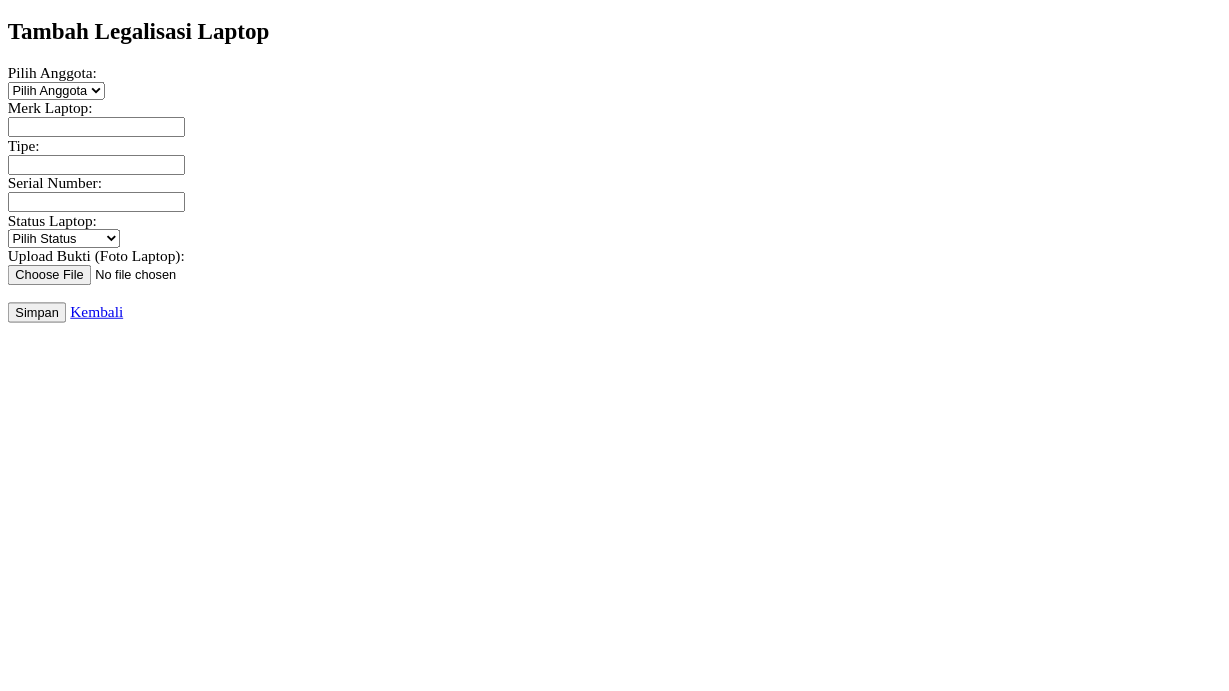
Repository: fatkquladhim/multimedia_app
Page: http://localhost/admin/legalisasi laptop/legalisasi_create.php
These files come from the project's save history. The page is drawn as it stood at one moment and after the next save; the edit follows.
The browser window is 1280 px wide. The pictures show the whole page, at 96% of full size.
Some web libraries are served in a nearby version. The page is run by PHP 8.4 with error messages shown; the project is at /var/www/html/. The session is filled in as if someone had signed in: {"user_id": 2, "username": "asep", "role": "admin"}. The database holds what the project's SQL file puts in it.

Above is the page before, as saved 2025-07-18 22:59:30.

After the next save:
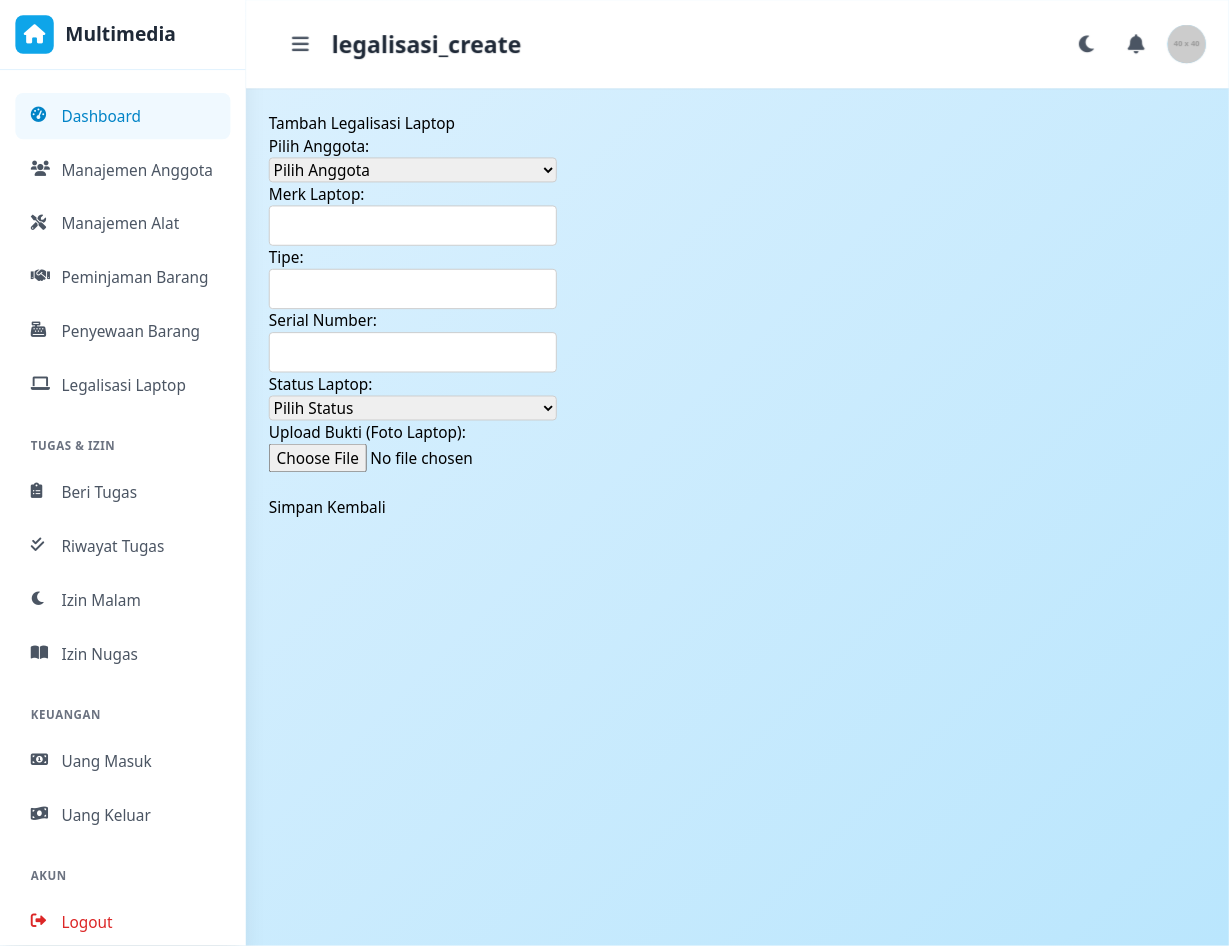
Saved 22 s later.
--- a/admin/legalisasi laptop/legalisasi_create.php
+++ b/admin/legalisasi laptop/legalisasi_create.php
@@ -10,14 +10,9 @@ $conn = new mysqli(DB_HOST, DB_USER, DB_PASS, DB_NAME);
 
 // Ambil daftar anggota untuk dropdown
 $anggota = $conn->query("SELECT id, nama FROM anggota ORDER BY nama");
+include '../header.php'; // Path relatif dari 'anggota/'
 ?>
 
-<!DOCTYPE html>
-<html>
-<head>
-    <title>Tambah Legalisasi Laptop</title>
-</head>
-<body>
     <h2>Tambah Legalisasi Laptop</h2>
 
     <?php
